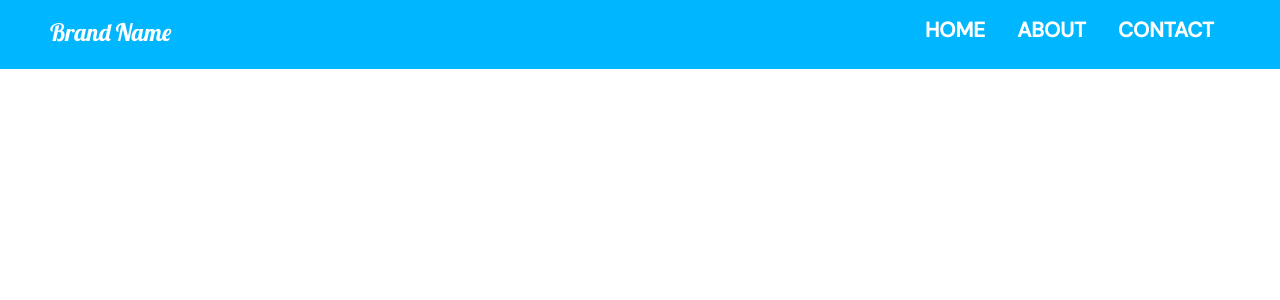
Repository: Jrap-bit/PeriodofSharing
Page: index.html
These files come from the project's save history. The page is drawn as it stood at one moment and after the next save; the edit follows.
The browser window is 1280 px wide. The pictures show the whole page.

Above is the page before, as saved 2022-01-13 21:20:21.

### index.html
<!DOCTYPE html>
<html lang="en">
<head>
    <meta charset="UTF-8">
    <meta http-equiv="X-UA-Compatible" content="IE=edge">
    <meta name="viewport" content="width=device-width, initial-scale=1.0">
    <link rel='stylesheet' href = 'style.css'>
    <title>Women</title>
</head>
<body>
    <nav class="navbar">
        <div class="brand-title">
            Brand Name
        </div>
        <a href="#" class="toggle-button">
            <span class="bar"></span>
            <span class="bar"></span>
            <span class="bar"></span>
        </a>
        <div class="navbar-links">
            <ul>
                <li><a href="#Home">HOME</a></li>
                <li><a href="#About">ABOUT</a></li>
                <li><a href="#Contact">CONTACT</a></li>
            </ul>
        </div>
    </nav>
</body>
</html>

### style.css
@import url('https://fonts.googleapis.com/css2?family=DM+Sans:wght@500&display=swap');
@import url('https://fonts.googleapis.com/css2?family=Bebas+Neue&family=Lobster&display=swap');

* {
    box-sizing: border-box;
    font-family: 'DM Sans', sans-serif;
}

body {
    margin: 0;
    padding: 0;
}

html{
    scroll-behavior: smooth;
}

.navbar{
    display: flex;
    justify-content: space-between;
    align-items: center;
    background-color: rgb(0, 183, 255);
    color: white;

}

.brand-title{
    font-family: 'Lobster', cursive;
    font-size: 1.5rem;
    margin: 10px 50px;
    margin-bottom: 15px;

}

.navbar-links ul{
    margin: 0 50px;
    margin-bottom: 10px;
    padding: 0;
    display: flex;
}

.navbar-links li {
    font-family: 'Bebas Neue', cursive;
    font-weight: bold;
    list-style: none;
    font-size: 1.3rem;

}

.navbar-links li a{
    text-decoration: none;
    color: white;
    padding: 1rem;
    display: block;
}

.navbar-links li:hover{
    background-color: rgb(1, 54, 75);
}

.toggle-button {
    position: absolute;
    top: .75rem;
    right: 1rem;
    display: none;
    flex-direction: column;
    justify-content: space-between;
    width: 30px;
    height: 21px;
}

.toggle-button .bar{
    height: 3px;
    width: 100%;
    background-color: white;
    border-radius: 10px;
}

@media (max-width: 800px) {
    .toggle-button{
        display: flex;
    }
    .navbar-links{
        display: none;
        width: 100%;
    }

    .navbar{
        flex-direction: column;
        align-items: flex-start;
    }

    .navbar-links ul {
        flex-direction: column;
        width: 100%;

    }

    .navbar-links li{
        text-align: center;
    }

    .navbar-links li a{
        padding: 0.5rem 1rem;
    }

    .navbar-links.active{
        display: flex;
    }

    .toggle-button:hover{
        background-color: #666;
    }
}

After the next save:
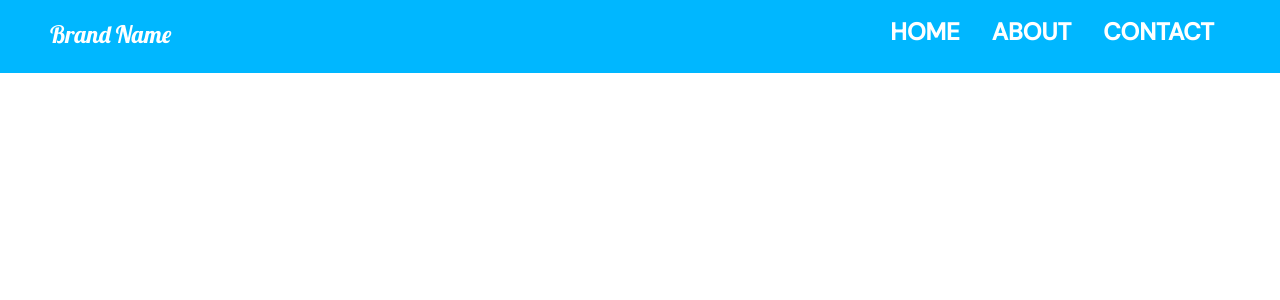
Saved 2 min 21 s later.
--- a/style.css
+++ b/style.css
@@ -43,7 +43,7 @@ html{
     font-family: 'Bebas Neue', cursive;
     font-weight: bold;
     list-style: none;
-    font-size: 1.3rem;
+    font-size: 1.5rem;
 
 }
 
